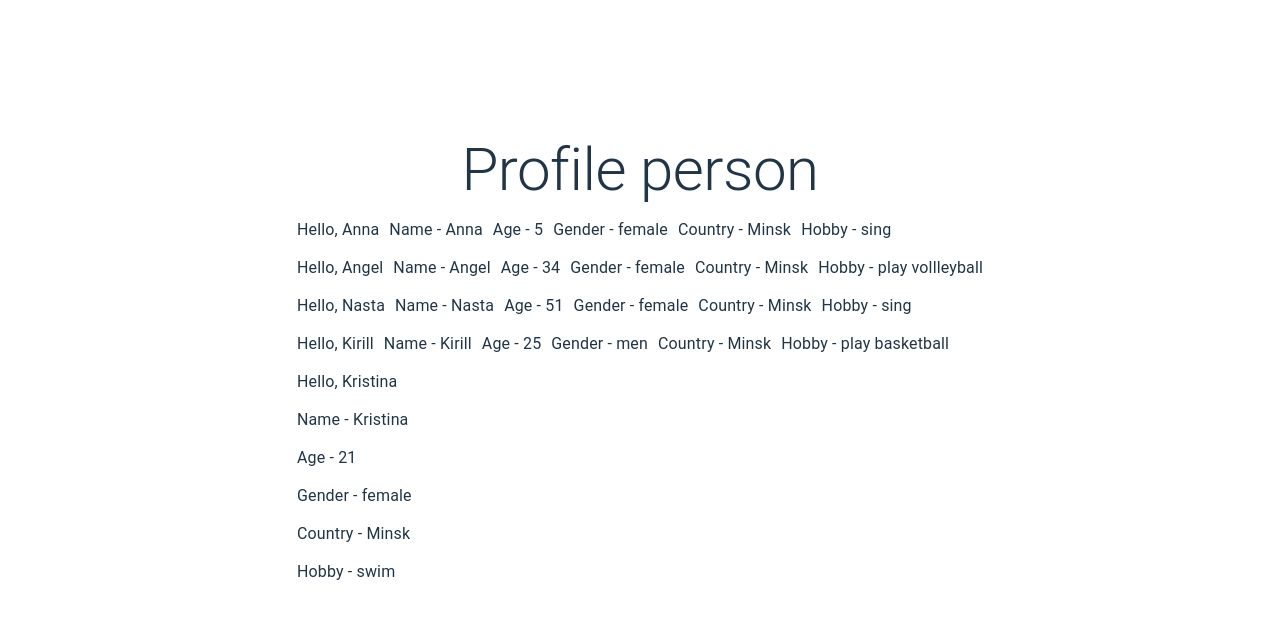
Repository: savannaaaas/props
Page: /
These files come from the project's save history. The page is drawn as it stood at one moment and after the next save; the edit follows.
The browser window is 1280 px wide. The pictures show the whole page.
The project was rebuilt for these pictures with package versions that can differ from the ones it lists, and the page was loaded fresh each time. Also part of the build but not shown: vite.config.js.

Above is the page before, as saved 2025-07-08 00:16:06.

### src/App.jsx
import "./App.css";
import Box from "@mui/material/Box";
import Typography from "@mui/material/Typography";
import { Person1 } from "./components/Person1";
import { Person2 } from "./components/Person2";
import { Person3 } from "./components/Person3";
import { Person4 } from "./components/Person4";
import { Person5 } from "./components/Person5";
import Grid from "@mui/material/Grid";
/**1. Создать 6 любых компонент.
2. В компоненты передать props следующих типов данных:
number
string
boolean
object
function
array
3. Использовать в компонентах каждый prop.
4. Сделать деструктуризацию props. */
function App() {
  const obj = { country: "Minsk" };
  const sayHello = (name) => ` Hello, ${name}`;
  const hobbies = ["swim", "sing", "play vollleyball", "play basketball"];
  return (
    <>
      <Typography variant="h2" align="center" style={{ padding: "5px" }}>
        Profile person
      </Typography>

      <Grid container direction="row">
        <Person1
          name={"Anna"}
          age={5}
          men={false}
          obj={obj}
          sayHello={sayHello}
          hobbies={hobbies}
        />
      </Grid>
      <Grid container direction="row">
        <Person2
          name={"Angel"}
          age={34}
          men={false}
          obj={obj}
          sayHello={sayHello}
          hobbies={hobbies}
        />
      </Grid>
      <Grid container direction="row">
        <Person3
          name={"Nasta"}
          age={51}
          men={false}
          obj={obj}
          sayHello={sayHello}
          hobbies={hobbies}
        />
      </Grid>
      <Grid container direction="row">
        <Person4
          name={"Kirill"}
          age={25}
          men={true}
          obj={obj}
          sayHello={sayHello}
          hobbies={hobbies}
        />
      </Grid>

      <Person5
        name={"Kristina"}
        age={21}
        men={false}
        obj={obj}
        sayHello={sayHello}
        hobbies={hobbies}
      />
    </>
  );
}

export default App;

### src/components/Person1.jsx
import Typography from "@mui/material/Typography";
export const Person1 = ({ name, age, men, obj, sayHello, hobbies }) => {
  return (
    <>
      <Typography variant="subtitle1" align="left" style={{ padding: "5px" }}>
        {sayHello(name)}
      </Typography>
      <Typography variant="subtitle1" align="left" style={{ padding: "5px" }}>
        Name - {name}
      </Typography>
      <Typography variant="subtitle1" align="left" style={{ padding: "5px" }}>
        Age - {age}
      </Typography>
      <Typography variant="subtitle1" align="left" style={{ padding: "5px" }}>
        Gender - {men ? "men" : "female"}
      </Typography>
      <Typography variant="subtitle1" align="left" style={{ padding: "5px" }}>
        Country - {obj.country}
      </Typography>
      <Typography variant="subtitle1" align="left" style={{ padding: "5px" }}>
        Hobby - {hobbies[1]}
      </Typography>
    </>
  );
};

### src/components/Person2.jsx
import Typography from "@mui/material/Typography";
export const Person2 = ({ name, age, men, obj, sayHello, hobbies }) => {
  return (
    <>
      <Typography variant="subtitle1" align="left" style={{ padding: "5px" }}>
        {sayHello(name)}
      </Typography>
      <Typography variant="subtitle1" align="left" style={{ padding: "5px" }}>
        Name - {name}
      </Typography>
      <Typography variant="subtitle1" align="left" style={{ padding: "5px" }}>
        Age - {age}
      </Typography>
      <Typography variant="subtitle1" align="left" style={{ padding: "5px" }}>
        Gender - {men ? "men" : "female"}
      </Typography>
      <Typography variant="subtitle1" align="left" style={{ padding: "5px" }}>
        Country - {obj.country}
      </Typography>
      <Typography variant="subtitle1" align="left" style={{ padding: "5px" }}>
        Hobby - {hobbies[2]}
      </Typography>
    </>
  );
};

### src/components/Person3.jsx
import Typography from "@mui/material/Typography";
export const Person3 = ({ name, age, men, obj, sayHello, hobbies }) => {
  return (
    <>
      <Typography variant="subtitle1" align="left" style={{ padding: "5px" }}>
        {sayHello(name)}
      </Typography>
      <Typography variant="subtitle1" align="left" style={{ padding: "5px" }}>
        Name - {name}
      </Typography>
      <Typography variant="subtitle1" align="left" style={{ padding: "5px" }}>
        Age - {age}
      </Typography>
      <Typography variant="subtitle1" align="left" style={{ padding: "5px" }}>
        Gender - {men ? "men" : "female"}
      </Typography>
      <Typography variant="subtitle1" align="left" style={{ padding: "5px" }}>
        Country - {obj.country}
      </Typography>
      <Typography variant="subtitle1" align="left" style={{ padding: "5px" }}>
        Hobby - {hobbies[1]}
      </Typography>
    </>
  );
};

### src/components/Person4.jsx
import Typography from "@mui/material/Typography";
export const Person4 = ({ name, age, men, obj, sayHello, hobbies }) => {
  return (
    <>
      <Typography variant="subtitle1" align="left" style={{ padding: "5px" }}>
        {sayHello(name)}
      </Typography>
      <Typography variant="subtitle1" align="left" style={{ padding: "5px" }}>
        Name - {name}
      </Typography>
      <Typography variant="subtitle1" align="left" style={{ padding: "5px" }}>
        Age - {age}
      </Typography>
      <Typography variant="subtitle1" align="left" style={{ padding: "5px" }}>
        Gender - {men ? "men" : "female"}
      </Typography>
      <Typography variant="subtitle1" align="left" style={{ padding: "5px" }}>
        Country - {obj.country}
      </Typography>
      <Typography variant="subtitle1" align="left" style={{ padding: "5px" }}>
        Hobby - {hobbies[3]}
      </Typography>
    </>
  );
};

### src/components/Person5.jsx
import Typography from "@mui/material/Typography";
export const Person5 = ({ name, age, men, obj, sayHello, hobbies }) => {
  return (
    <>
      <Typography variant="subtitle1" align="left" style={{ padding: "5px" }}>
        {sayHello(name)}
      </Typography>
      <Typography variant="subtitle1" align="left" style={{ padding: "5px" }}>
        Name - {name}
      </Typography>
      <Typography variant="subtitle1" align="left" style={{ padding: "5px" }}>
        Age - {age}
      </Typography>
      <Typography variant="subtitle1" align="left" style={{ padding: "5px" }}>
        Gender - {men ? "men" : "female"}
      </Typography>
      <Typography variant="subtitle1" align="left" style={{ padding: "5px" }}>
        Country - {obj.country}
      </Typography>
      <Typography variant="subtitle1" align="left" style={{ padding: "5px" }}>
        Hobby - {hobbies[0]}
      </Typography>
    </>
  );
};

Loaded but not shown: index.html (common file); src/main.jsx (common file); src/index.css (common file); src/App.css (common file)

After the next save:
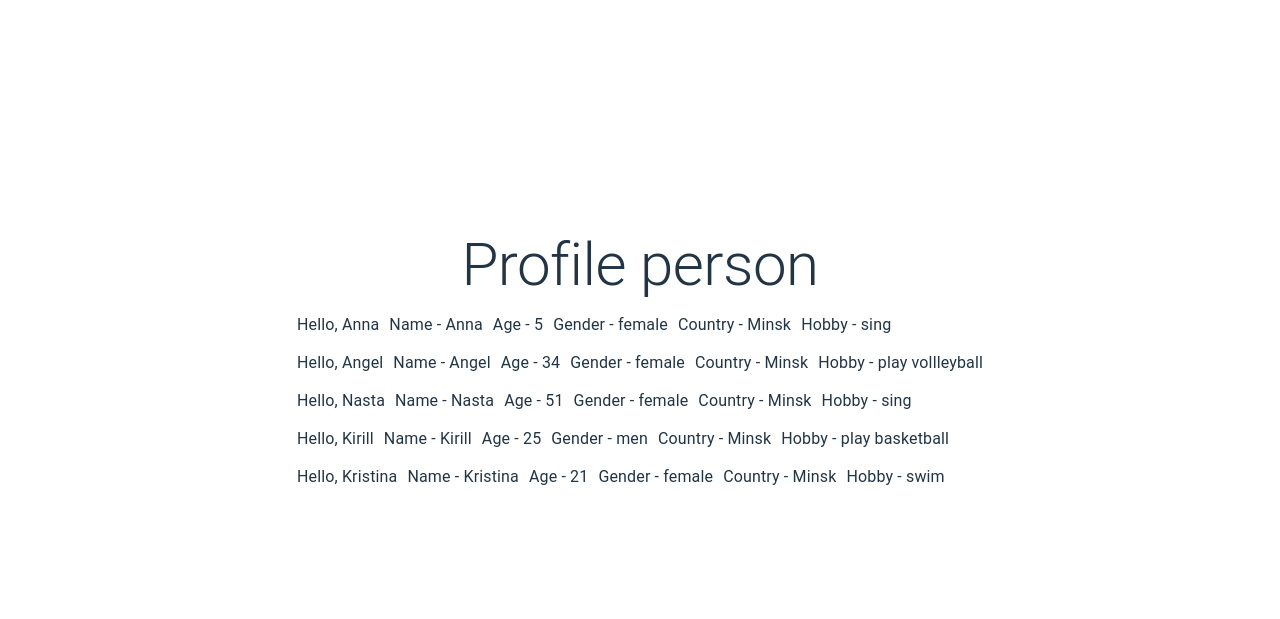
Saved 14 s later.
--- a/src/App.jsx
+++ b/src/App.jsx
@@ -67,15 +67,16 @@ function App() {
           hobbies={hobbies}
         />
       </Grid>
-
-      <Person5
-        name={"Kristina"}
-        age={21}
-        men={false}
-        obj={obj}
-        sayHello={sayHello}
-        hobbies={hobbies}
-      />
+      <Grid container direction="row">
+        <Person5
+          name={"Kristina"}
+          age={21}
+          men={false}
+          obj={obj}
+          sayHello={sayHello}
+          hobbies={hobbies}
+        />
+      </Grid>
     </>
   );
 }
